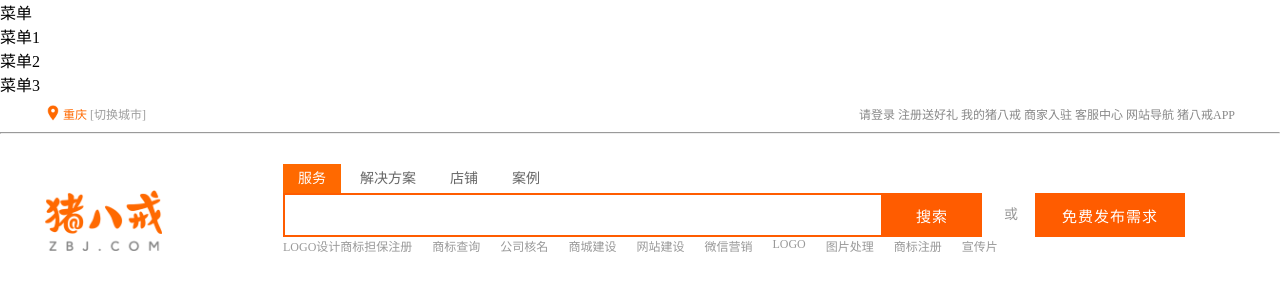
Repository: 13982720426/zbj
Page: HTML/index.html
An editor plug-in stored every save of this project. The page is shown before and after the next save, followed by the edit.
The browser window is 1280 px wide. The pictures show the whole page.

Above is the page before, as saved 2021-07-15 16:19:46.

After the next save:
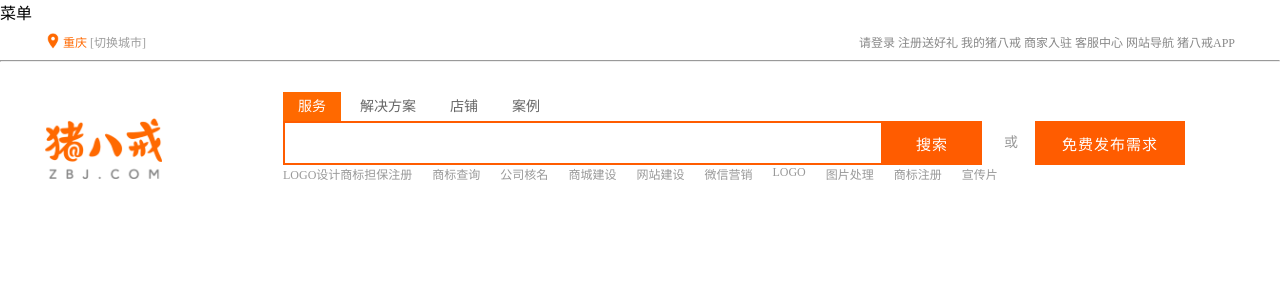
Saved 9 s later.
--- a/HTML/index.html
+++ b/HTML/index.html
@@ -8,6 +8,20 @@
     <link rel="stylesheet" type="image/x-icon" href="./imgs/favicon.ico" />
     <link rel="stylesheet" type="text/css" href="css/index.css" />
   </head>
+  <style>
+    .menu-title {
+      postion: relative;
+    }
+    .menu-list {
+      display: none;
+      position: absolute;
+      right: 0;
+      top: 0;
+    }
+    .menu-title:hover .menu-list {
+      dispaly: block;
+    }
+  </style>
   <body>
     <div>
       <div class="menu-title">菜单</div>
